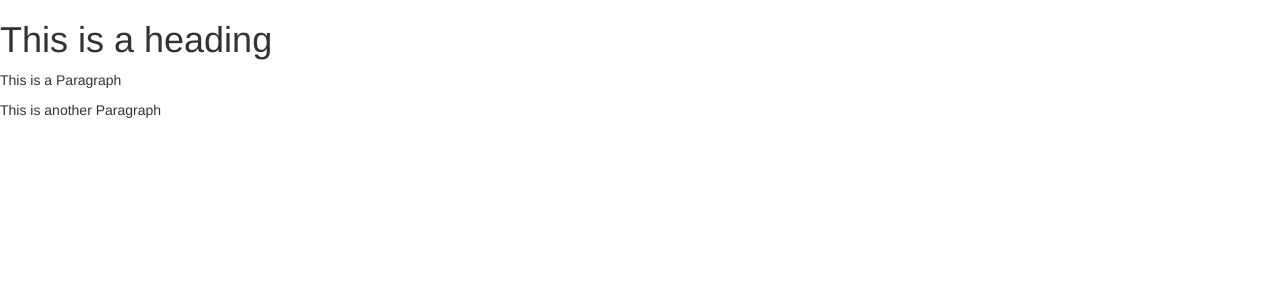
Repository: vaibhavkri/Trendnxt-Projects
Page: bootstrap/Bootstrap– L3 Assignment/Topic 5 CSS Pseudo-classes/Assignment2.html
These files come from the project's save history. The page is drawn as it stood at one moment and after the next save; the edit follows.
The browser window is 1280 px wide. The pictures show the whole page.

Above is the page before, as saved 2018-10-23 14:06:18.

After the next save:
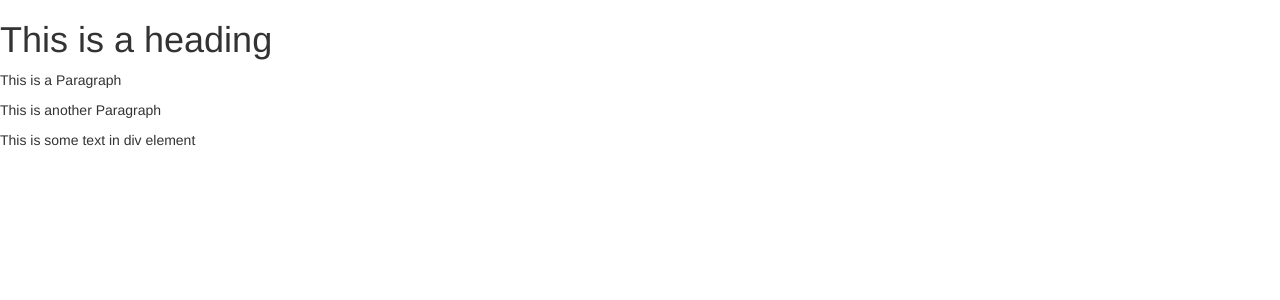
Saved 30 s later.
--- a/bootstrap/Bootstrap– L3 Assignment/Topic 5 CSS Pseudo-classes/Assignment2.html
+++ b/bootstrap/Bootstrap– L3 Assignment/Topic 5 CSS Pseudo-classes/Assignment2.html
@@ -17,6 +17,7 @@
     <h1>This is a heading </h1>
     <p>This is a Paragraph</p>
     <p>This is another Paragraph</p>
+    <div>This is some text in div element</div>
 
 
 </body>
